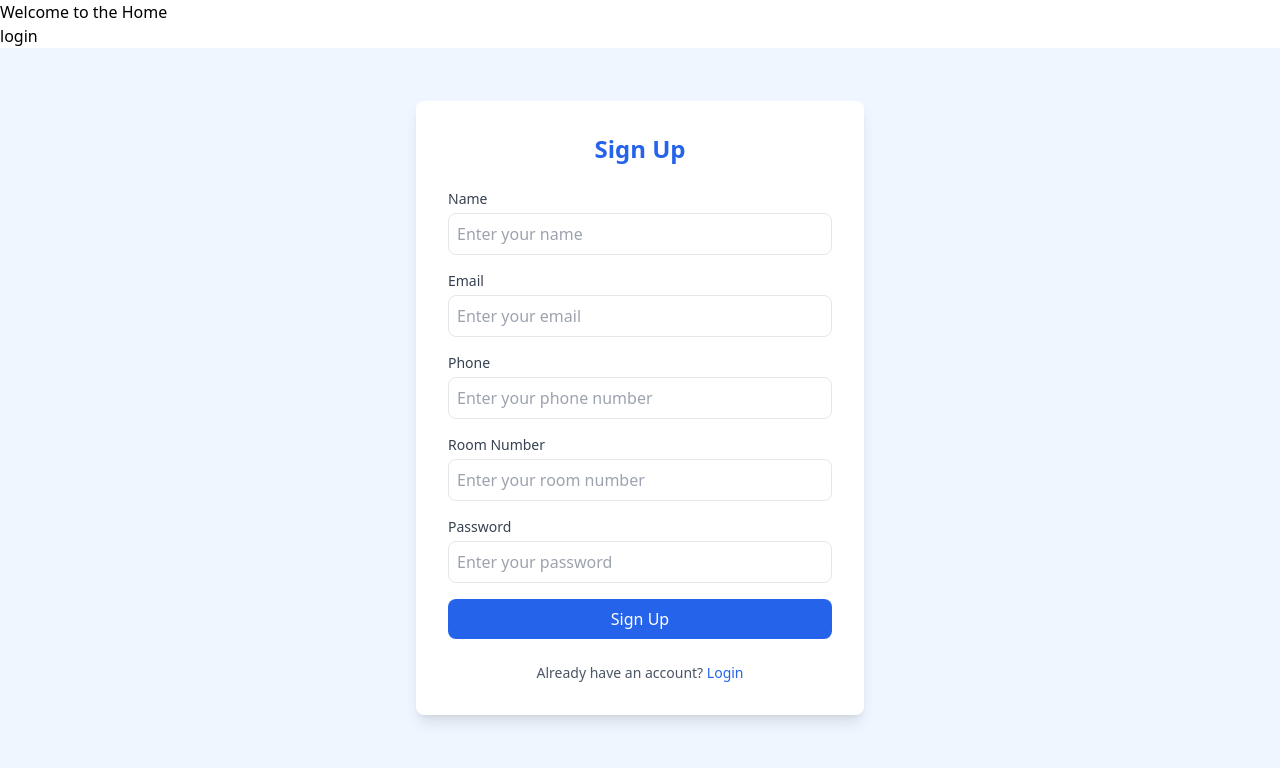
Repository: makanda596/system
Page: /signup (app in client/)
An editor plug-in stored every save of this project. The page is shown before and after the next save, followed by the edit.
The browser window is 1280 px wide. The pictures show the whole page.
The project was rebuilt for these pictures with package versions that can differ from the ones it lists, and the page was loaded fresh each time. Also part of the build but not shown: client/src/Home.jsx, client/src/LoginForm.jsx. Imported but missing from the stored project, and not drawn on this page: client/src/reportWebVitals.

Above is the page before, as saved 2024-12-03 08:11:11.

### client/src/App.js
import React from 'react';
import { BrowserRouter as Router, Route, Routes } from 'react-router-dom';
import Home from './Home.jsx'
import SignUpForm from './SignUpForm.jsx'
import LoginForm from './LoginForm.jsx'
function App() {
  return (
    <div>
      <h1>Welcome to the Home </h1>
      <a href='/login' >login</a>
      <Router>
        <Routes>
          <Route path="/signup" element={<SignUpForm />} />
          <Route path='/login' element={<LoginForm />} />

        </Routes>
      </Router>
    </div>
  );
}

export default App;

### client/src/SignUpForm.jsx
import React, { useState } from 'react';
import axios from 'axios';

function SignUpForm() {
    const [formData, setFormData] = useState({
        name: '',
        email: '',
        phone: '',
        roomNumber: '',
        password: ''
    });

    const [message, setMessage] = useState('');
    const [isError, setIsError] = useState(false);

    const handleChange = (e) => {
        setFormData({ ...formData, [e.target.name]: e.target.value });
    };

    const handleSubmit = async (e) => {
        e.preventDefault();
        try {
            const response = await axios.post('http://localhost:5000/signup', formData);
            setIsError(false);
            setMessage(response.data.message);
            setFormData({ name: '', email: '', phone: '', roomNumber: '', password: '' });
        } catch (error) {
            setIsError(true);
            setMessage(error.response?.data?.message || 'An error occurred. Please try again.');
        }
    };

    return (
        <div className="min-h-screen bg-blue-50 flex items-center justify-center">
            <div className="bg-white p-8 rounded-lg shadow-lg w-full max-w-md">
                <h1 className="text-2xl font-bold text-blue-600 text-center mb-6">Sign Up</h1>
                <form onSubmit={handleSubmit} className="space-y-4">
                    <div>
                        <label className="block text-sm font-medium text-gray-700">Name</label>
                        <input
                            type="text"
                            name="name"
                            value={formData.name}
                            onChange={handleChange}
                            className="mt-1 p-2 w-full border rounded-lg focus:ring-blue-500 focus:border-blue-500"
                            placeholder="Enter your name"
                            required
                        />
                    </div>
                    <div>
                        <label className="block text-sm font-medium text-gray-700">Email</label>
                        <input
                            type="email"
                            name="email"
                            value={formData.email}
                            onChange={handleChange}
                            className="mt-1 p-2 w-full border rounded-lg focus:ring-blue-500 focus:border-blue-500"
                            placeholder="Enter your email"
                            required
                        />
                    </div>
                    <div>
                        <label className="block text-sm font-medium text-gray-700">Phone</label>
                        <input
                            type="text"
                            name="phone"
                            value={formData.phone}
                            onChange={handleChange}
                            className="mt-1 p-2 w-full border rounded-lg focus:ring-blue-500 focus:border-blue-500"
                            placeholder="Enter your phone number"
                            required
                        />
                    </div>
                    <div>
                        <label className="block text-sm font-medium text-gray-700">Room Number</label>
                        <input
                            type="text"
                            name="roomNumber"
                            value={formData.roomNumber}
                            onChange={handleChange}
                            className="mt-1 p-2 w-full border rounded-lg focus:ring-blue-500 focus:border-blue-500"
                            placeholder="Enter your room number"
                            required
                        />
                    </div>
                    <div>
                        <label className="block text-sm font-medium text-gray-700">Password</label>
                        <input
                            type="password"
                            name="password"
                            value={formData.password}
                            onChange={handleChange}
                            className="mt-1 p-2 w-full border rounded-lg focus:ring-blue-500 focus:border-blue-500"
                            placeholder="Enter your password"
                            required
                        />
                    </div>
                    <button
                        type="submit"
                        className="w-full py-2 px-4 bg-blue-600 text-white rounded-lg hover:bg-blue-700 transition duration-300"
                    >
                        Sign Up
                    </button>
                </form>
                {message && (
                    <p
                        className={`mt-4 text-center text-sm ${isError ? 'text-red-500' : 'text-green-500'
                            }`}
                    >
                        {message}
                    </p>
                )}
                <div className="mt-6 text-center">
                    <p className="text-sm text-gray-600">
                        Already have an account?{' '}
                        <a href="/login" className="text-blue-600 hover:underline">
                            Login
                        </a>
                    </p>
                </div>
            </div>
        </div>
    );
}

export default SignUpForm;

Loaded but not shown: client/src/index.js (common file); client/src/index.css (common file); client/tailwind.config.js (common file)

After the next save:
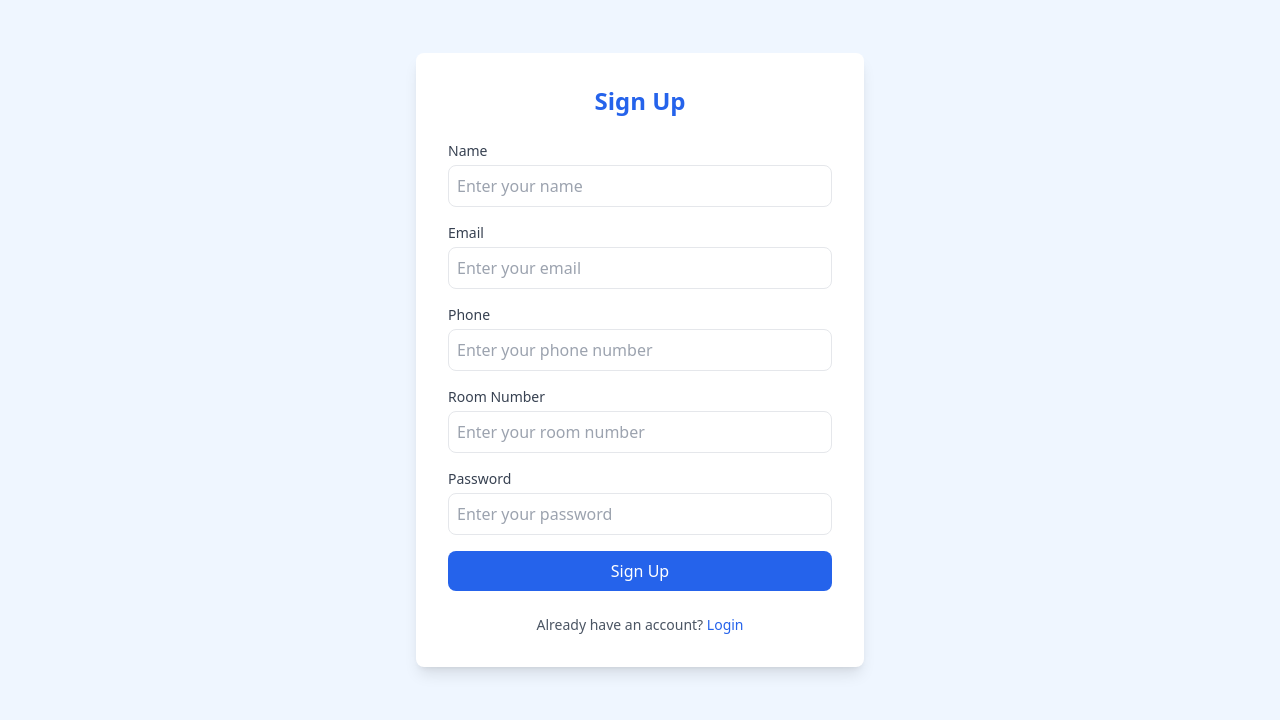
Saved 14 s later.
--- a/client/src/App.js
+++ b/client/src/App.js
@@ -6,13 +6,10 @@ import LoginForm from './LoginForm.jsx'
 function App() {
   return (
     <div>
-      <h1>Welcome to the Home </h1>
-      <a href='/login' >login</a>
       <Router>
         <Routes>
           <Route path="/signup" element={<SignUpForm />} />
           <Route path='/login' element={<LoginForm />} />
-
         </Routes>
       </Router>
     </div>
